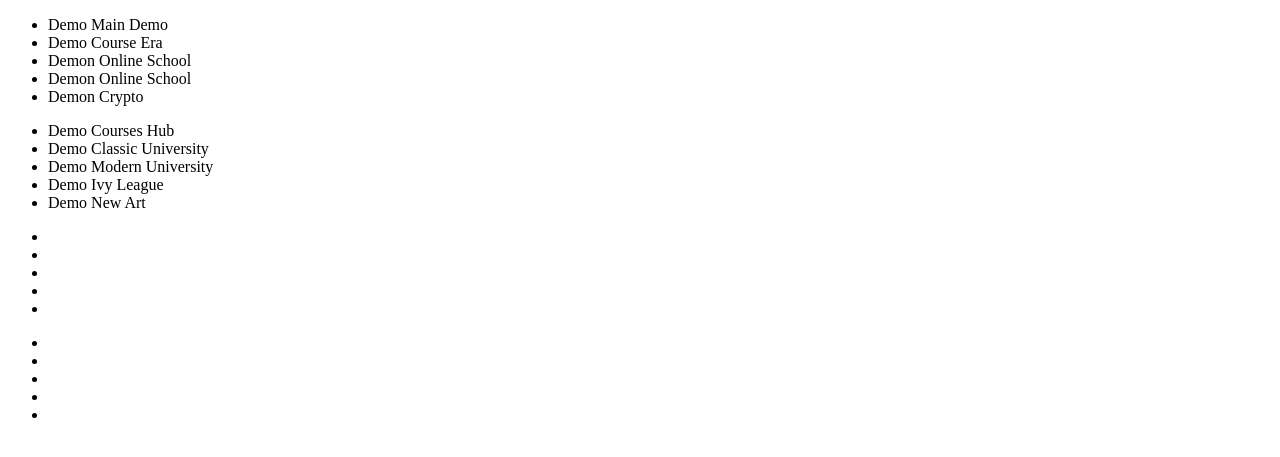
Repository: ibrkhalil/EduWebsite
Page: test.html
The author's editor kept a copy of each file at every save. The page is drawn from the files as they stood at one save, then again after a run of saves.
The browser window is 1280 px wide. The pictures show the whole page.

Above is the page before, as saved 2020-11-18 15:02:55.

### test.html
<!DOCTYPE html>
<html lang="en">
<head>
    <meta charset="UTF-8">
    <meta name="viewport" content="width=device-width, initial-scale=1.0">
    <title>Document</title>
</head>
<body>
    <ul>
        <li><a href=""></a> Demo Main Demo</li>
        <li>Demo Course Era</li>
        <li>Demon Online School</li>
        <li>Demon Online School</li>
        <li>Demon Crypto</li>
    </ul>
    <ul>
        <li>Demo Courses Hub</li>
        <li>Demo Classic University</li>
        <li>Demo Modern University</li>
        <li>Demo Ivy League</li>
        <li>Demo New Art</li>
    </ul>
    <ul>
        <li></li>
        <li></li>
        <li></li>
        <li></li>
        <li></li>
    </ul>
    <ul>
        <li></li>
        <li></li>
        <li></li>
        <li></li>
        <li></li>
    </ul>
</body>
</html>

After the next 6 saves:
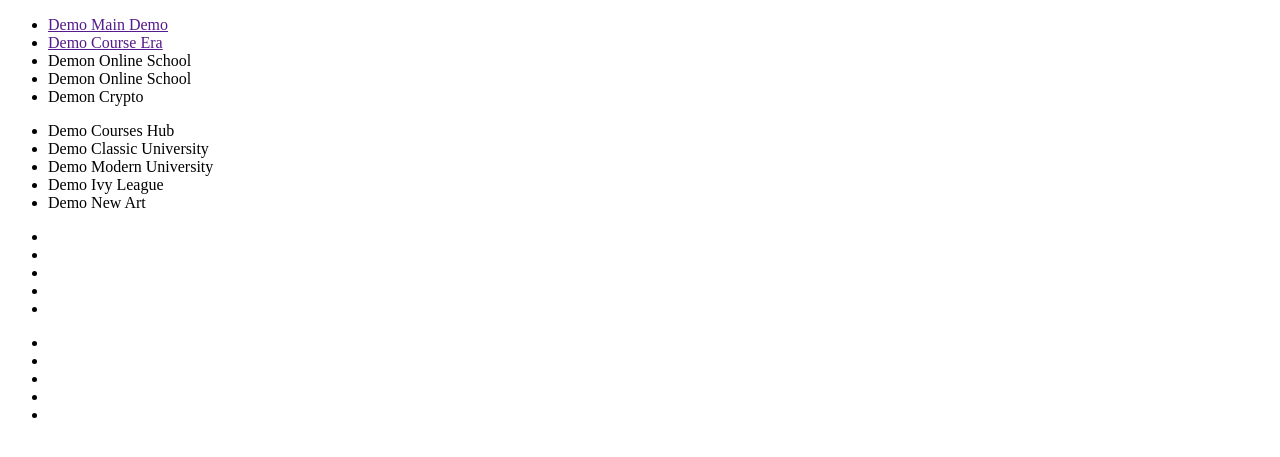
The 6 saves are shown as one change because they came seconds apart.
The last was saved 15 s later.
--- a/test.html
+++ b/test.html
@@ -7,8 +7,8 @@
 </head>
 <body>
     <ul>
-        <li><a href=""></a> Demo Main Demo</li>
-        <li>Demo Course Era</li>
+        <li><a href="">Demo Main Demo</a></li>
+        <li><a href="">Demo Course Era</a></li>
         <li>Demon Online School</li>
         <li>Demon Online School</li>
         <li>Demon Crypto</li>
